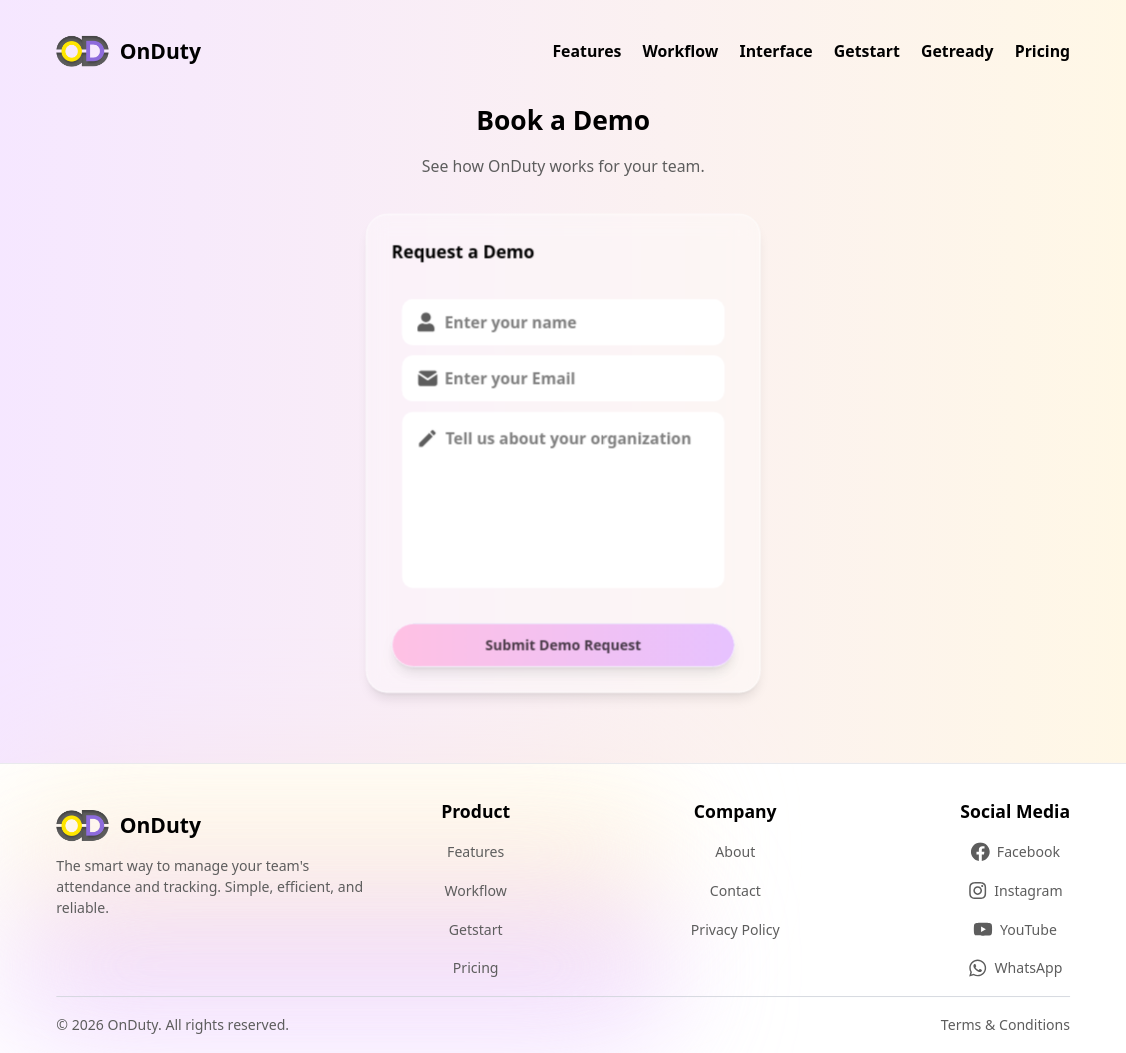
Repository: shekharzorin/ONDUTY-V1
Page: /bookdemo
The author's editor kept a copy of each file at every save. The page is drawn from the files as they stood at one save, then again after the next save.
The browser window is 1280 px wide. The pictures show the whole page, at 88% of full size.
The project was rebuilt for these pictures with package versions that can differ from the ones it lists, and the page was loaded fresh each time. The framework's server and built-in components were replaced by stand-ins that run in the browser. Also part of the build but not shown: next.config.mjs, vite.config.js, app/components/ui/Crossicon.tsx.

Above is the page before, as saved 2026-01-17 17:02:51.

After the next save:
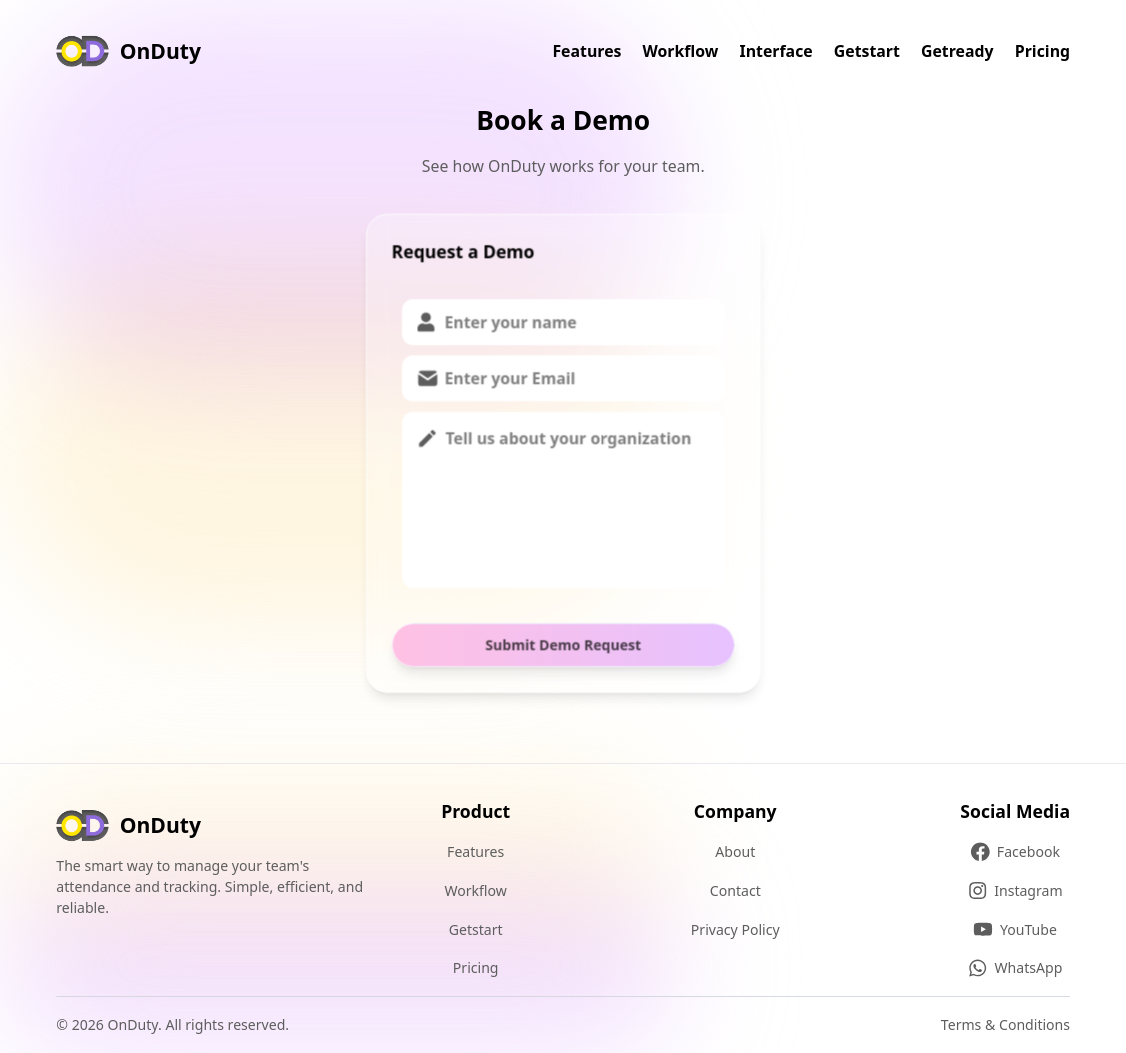
Saved 43 s later.
--- a/app/components/sections/bookdemo.tsx
+++ b/app/components/sections/bookdemo.tsx
@@ -21,7 +21,13 @@ const Bookdemo = () => {
   };
 
   return (
-    <section className="flex flex-col gap-10 pb-20 px-4 sm:px-6 md:px-8 lg:px-12 xl:px-16 2xl:px-24 max-w-384 mx-auto items-center justify-center bg-linear-to-r from-[#eccfff]/50 to-[#fff0cd]/50 min-h-screen w-full">
+    <section className="flex flex-col gap-10 pb-20 px-4 sm:px-6 md:px-8 lg:px-12 xl:px-16 2xl:px-24 max-w-384 mx-auto items-center justify-center w-full">
+      {/* Background flare */}
+      <div className="absolute top-0 left-1/2 -translate-x-1/2 w-full h-full max-w-7xl pointer-events-none -z-10">
+        <div className="absolute top-0 w-[60%] h-[60%] bg-[#eccfff] rounded-full blur-3xl opacity-60 mix-blend-multiply filter" />
+        <div className="absolute bottom-0 w-[60%] h-[60%] bg-[#fff0cd] rounded-full blur-3xl opacity-60 mix-blend-multiply filter" />
+      </div>
+
       <div className="flex flex-col items-center justify-center mt-30 text-center gap-5">
         <p className="text-2xl lg:text-3xl font-bold leading-[1.15] lg:text-balance justify-center items-center">
           Book a Demo
